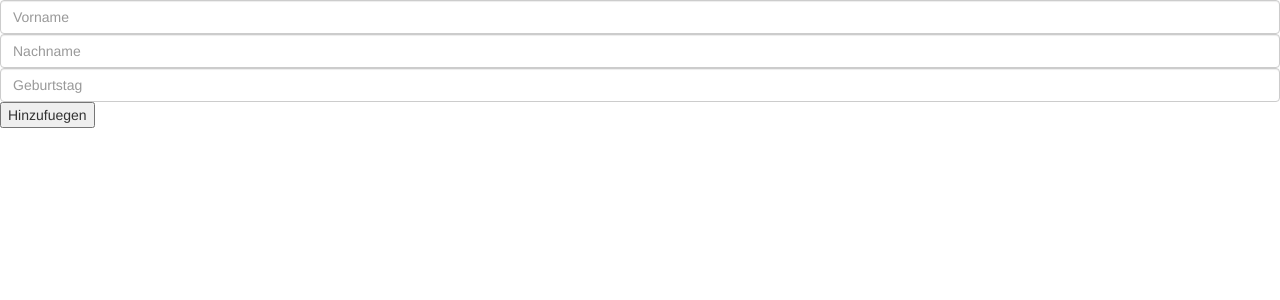
Repository: asdffdsa123/SA-Project
Page: SA-Webapp/WAR/index.html
These files come from the project's save history. The page is drawn as it stood at one moment and after the next save; the edit follows.
The browser window is 1280 px wide. The pictures show the whole page.
Some web libraries are served in a nearby version.

Above is the page before, as saved 2013-11-24 13:51:29.

After the next save:
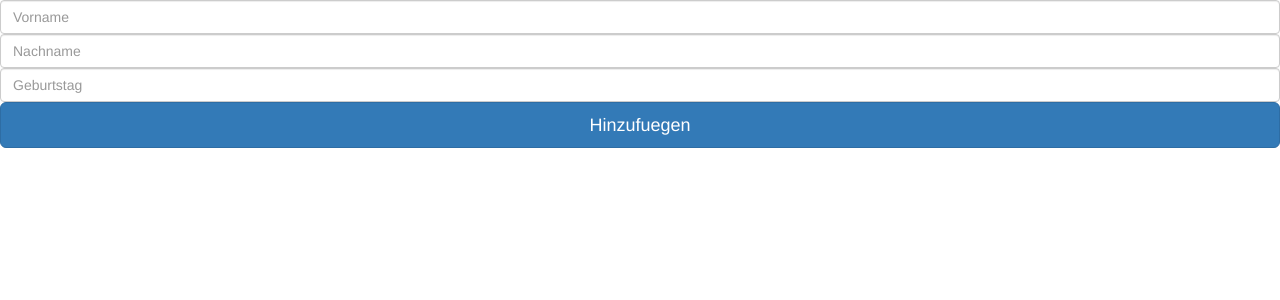
Saved 66 s later.
--- a/SA-Webapp/WAR/index.html
+++ b/SA-Webapp/WAR/index.html
@@ -4,11 +4,11 @@
 		<title>Wettkampf Registrierung</title>
 	</head>
 	<body>
-		<form>
+		<form class="form-signin">
 			<input type = "text" class = "form-control" placeholder = "Vorname"/>
 			<input type = "text" class = "form-control" placeholder = "Nachname"/>
 			<input type = "text" class = "form-control" placeholder = "Geburtstag"/>
-			<input type = "submit" value = "Hinzufuegen"/>
+			<button class="btn btn-lg btn-primary btn-block" type="submit">Hinzufuegen</button>
 		</form>
 	</body>
 
